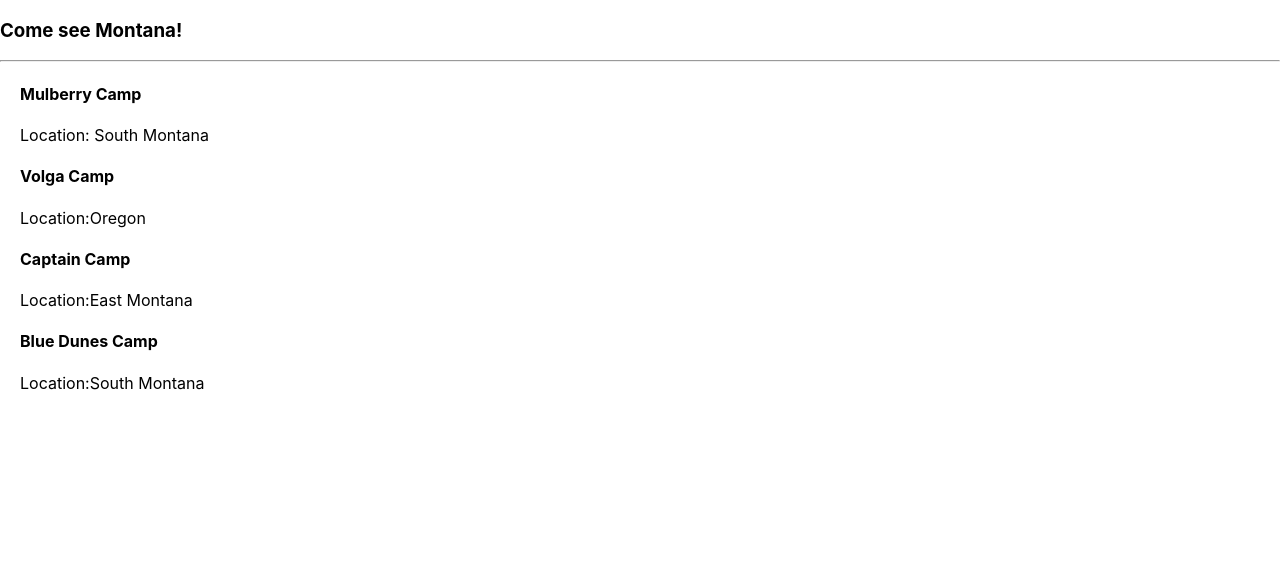
Repository: CaptainStorm21/intro-react-hooks
Page: /
The author's editor kept a copy of each file at every save. The page is drawn from the files as they stood at one save, then again after the next save.
The browser window is 1280 px wide. The pictures show the whole page.
The project was rebuilt for these pictures with package versions that can differ from the ones it lists, and the page was loaded fresh each time.

Above is the page before, as saved 2020-05-26 23:53:55.

After the next save:
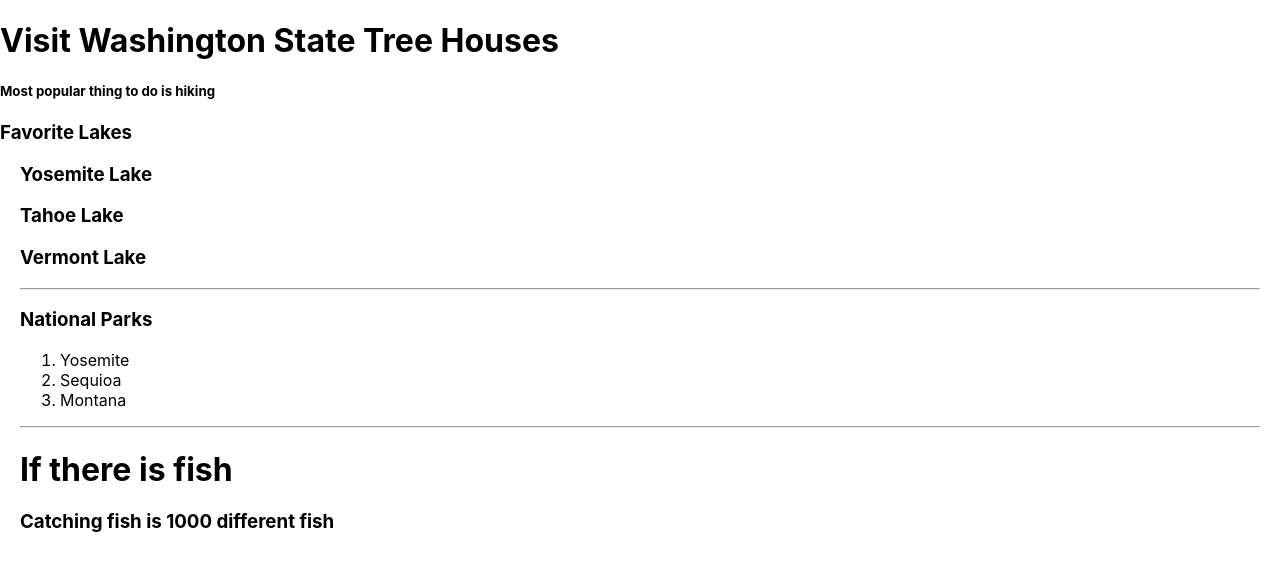
Saved 13 s later.
--- a/src/index.js
+++ b/src/index.js
@@ -147,6 +147,6 @@ ReactDOM.render(
   // </ul>,
   // /* <Hello></Hello>, */
   // <Hello library="Washington Library" message="Open for all " books={10}/>,
-  <App parks={nationalParkList} season="fall" />,
+  <App parks={nationalParkList} season="summer" />,
   document.getElementById("root")
 );
